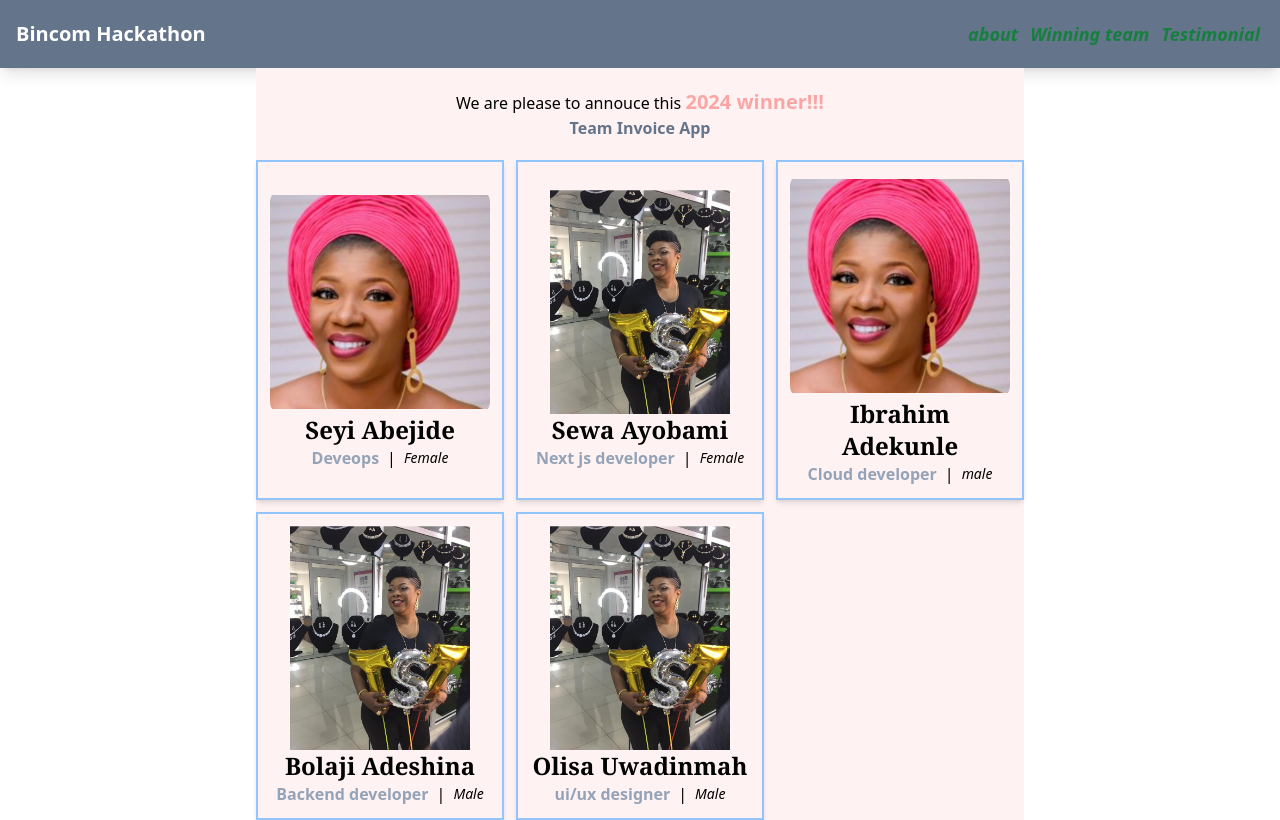
Repository: Semanmernstack/Bincom
Page: /
An editor plug-in stored every save of this project. The page is shown before and after the next save, followed by the edit.
The browser window is 1280 px wide. The pictures show the whole page.
The project was rebuilt for these pictures with package versions that can differ from the ones it lists, and the page was loaded fresh each time. The framework's server and built-in components were replaced by stand-ins that run in the browser. Also part of the build but not shown: next.config.mjs.

Above is the page before, as saved 2024-01-25 23:30:20.

### app/layout.tsx
import type { Metadata } from "next";
import { Inter } from "next/font/google";
import "./globals.css";
import Nav from "./components/Nav";

const inter = Inter({ subsets: ["latin"] });

export const metadata: Metadata = {
  title: "Create Next App",
  description: "Generated by create next app",
};

export default function RootLayout({
  children,
}: Readonly<{
  children: React.ReactNode;
}>) {
  return (
    <html lang="en">
      <body className=" ">
        <Nav/>
        {children}
      </body>
    </html>
  );
}

### app/page.tsx
import Hacthon from "./components/Hacthon";
import Info from "./components/Info";




export default function Home() {
  return (
    <main className="flex flex-col bg-red-50 min-h-screen max-w-3xl mx-auto ">
      <Info/>
      <Hacthon/>

    </main>

  );
}

### app/components/Nav.tsx
"use client"
import Link from 'next/link'
import { usePathname } from 'next/navigation'
import React from 'react'
const Linkk = [
    {
        href: "/about",
        title: "about"
    },
    {
        href: "/winner",
        title: "Winning team"
    },
    {
        href: "/testimony",
        title: "Testimonial",
    },
]

function Nav() {
    const pathname = usePathname()
  return (
    <div className=' flex items-center justify-between   bg-slate-500 p-4 shadow-lg'>
        <Link href={'/'}>
            <h1 className='text-xl text-white font-extrabold'> Bincom Hackathon  </h1>
        </Link>
        <div className='flex items-center justify-center gap-1 text-red-300 '>
            {Linkk.map((d, i) => (
            <div className='' key={i}>
                {pathname === d.href ? (
                <Link href={d.href} className=' flex  text-sm sm:text-lg text-red-800 font-bold animate-pulse'>
                    {d.title}
                </Link>


                ):(
                    <Link href= {d.href }
                    className="flex items-center justify-center p-1   gap-3 italic sm:font-semibold hover:border rounded-lg text-green-700   dark:text-white text-sm sm:text-lg font-semibold transition duration-100  "
                    >
                        {d.title}
                    </Link>

                )}
            </div>

        ))}

        </div>





</div>
  )
}

export default Nav

### app/components/Hacthon.tsx
import React from 'react'
import slidefour from "../public/slidefour.png"


import slidethree from "../public/slidethree.png"
import SetUp from "../components/SetUp";


const data = [
  {
    id: "1",
    title: "Seyi Abejide",
    image:"slidefour.png",
    role: "Deveops",
    gender: "Female",

  },
  {
    id: "2",
    title: "Sewa Ayobami",
    image: "slidethree.png",
    role: "Next js developer",
    gender: "Female"

  },
  {
    id: "3",
    title: "Ibrahim Adekunle",
    image:"slidefour.png",
    role: "Cloud developer",
    gender: "male",

  },
  {
    id: "4",
    title: "Bolaji Adeshina",
    image: "slidethree.png",
    role: "Backend developer",
    gender: "Male",

  },
  {
    id: "5",
    title: "Olisa Uwadinmah",
    image: "slidethree.png",
    role: "ui/ux designer",
    gender: "Male",

  },


];

function Hacthon() {
  return (
    <main className=" ">
      <div className="grid grid-cols-1 sm:grid-cols-2 md:grid-cols-3 gap-3">
          {data.map((p, index)=> (
              <div className=" border-2 border-blue-300 shadow-md items-center justify-center flex" key={index}>
                <SetUp
                  id={p.id}
                  title={p.title}
                  image={p.image}
                  role={p.role}
                  gender= {p.gender}
                />
              </div>

          ))}


      </div>



    </main>
  )
}

export default Hacthon

### app/components/Info.tsx
import React from 'react'

function Info() {
  return (
    <div className='flex justify-center text-center p-5'>
        <div>
        <h1>We are please to annouce this <span className='text-red-300 text-xl font-extrabold'>2024  winner!!!</span></h1>
        <h2 className='text-slate-500 font-bold'> Team Invoice App</h2>

        </div>


    </div>
  )
}

export default Info

### app/components/SetUp.tsx
import React from 'react'
interface B {
    id: string
    title: string
    image: string
    role: string
    gender: string
}


function SetUp({id, title, image, role, gender}:B) {
  return (
    <div className=' p-3 '>
      <img src={image} alt="image" className='h-56 w-56 rounded-xl  object-contain' />
      <div className='flex flex-col items-center justify-between'>
        <h1 className='font-bold text-center font-serif textt-xl md:text-2xl'>{title}</h1>
        <div className='flex items-center justify-between gap-2'>
          <h2 className='font-bold text-slate-400 '>{role}</h2>
          <h2>|</h2>
          <h2 className='text-xs sm:text-sm italic'>{gender}</h2>
        </div>

        <div>

        </div>

      </div>

    </div>
  )
}

export default SetUp

Loaded but not shown: app/globals.css (common file); tailwind.config.ts (common file)

After the next save:
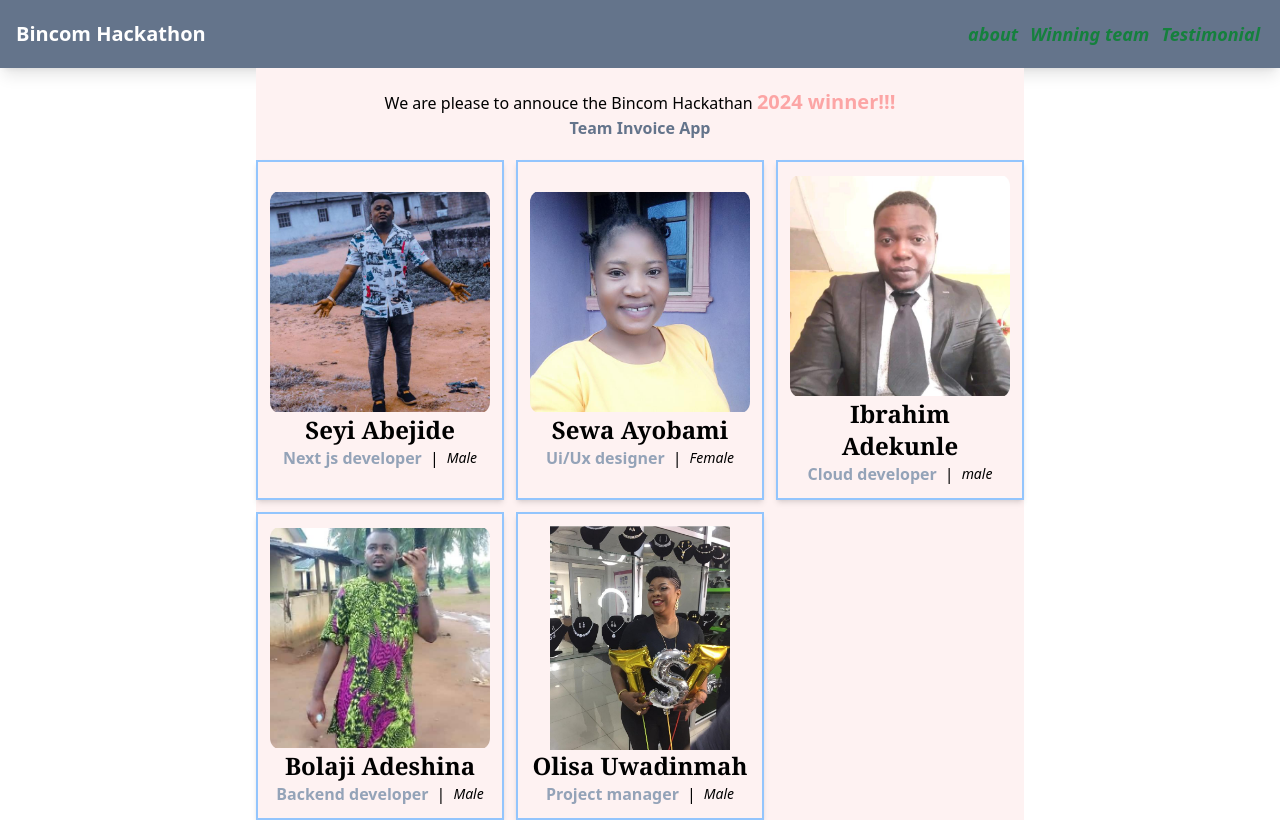
Saved 15 min 14 s later.
--- a/app/components/Hacthon.tsx
+++ b/app/components/Hacthon.tsx
@@ -10,23 +10,23 @@ const data = [
   {
     id: "1",
     title: "Seyi Abejide",
-    image:"slidefour.png",
-    role: "Deveops",
-    gender: "Female",
+    image:"seyi.jpg",
+    role: "Next js developer",
+    gender: "Male",
 
   },
   {
     id: "2",
     title: "Sewa Ayobami",
-    image: "slidethree.png",
-    role: "Next js developer",
+    image: "ope.jpg",
+    role: "Ui/Ux designer",
     gender: "Female"
 
   },
   {
     id: "3",
     title: "Ibrahim Adekunle",
-    image:"slidefour.png",
+    image:"yemi.jpg",
     role: "Cloud developer",
     gender: "male",
 
@@ -34,7 +34,7 @@ const data = [
   {
     id: "4",
     title: "Bolaji Adeshina",
-    image: "slidethree.png",
+    image: "kay.jpg",
     role: "Backend developer",
     gender: "Male",
 
@@ -43,7 +43,7 @@ const data = [
     id: "5",
     title: "Olisa Uwadinmah",
     image: "slidethree.png",
-    role: "ui/ux designer",
+    role: "Project manager",
     gender: "Male",
 
   },
--- a/app/components/Info.tsx
+++ b/app/components/Info.tsx
@@ -4,7 +4,7 @@ function Info() {
   return (
     <div className='flex justify-center text-center p-5'>
         <div>
-        <h1>We are please to annouce this <span className='text-red-300 text-xl font-extrabold'>2024  winner!!!</span></h1>
+        <h1>We are please to annouce the Bincom Hackathan <span className='text-red-300 text-xl font-extrabold'>2024  winner!!!</span></h1>
         <h2 className='text-slate-500 font-bold'> Team Invoice App</h2>
 
         </div>
